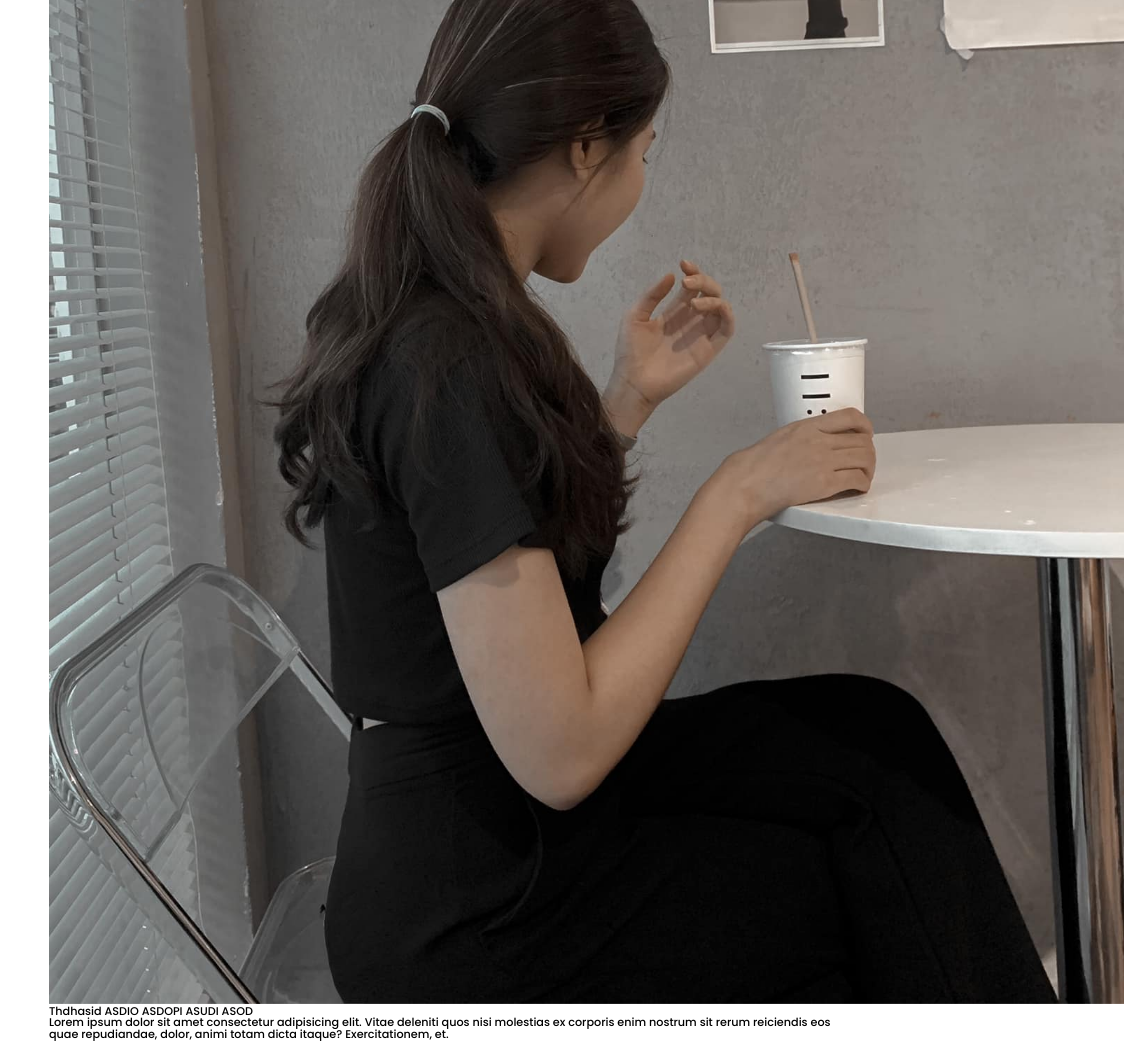
Repository: lausamtuong/Cut-psd-to-html
Page: index.html
An editor plug-in stored every save of this project. The page is shown before and after a run of saves, followed by the edit.
The browser window is 1280 px wide. The page is 1606 px wide, so the pictures cover 1606 px, including what lies to the right of the window. The pictures show the part of the page from y = 1813 to 3333 px (the page is 3301 px tall before and 3333 px after), at 70% of full size.
Some web libraries are served in a nearby version. The style sheet was rebuilt from its Sass, Less or Tailwind sources for each picture, by a compiler version that may differ from the author's.

Above is the page before, as saved 2021-12-07 08:25:07.

After the next 3 saves:
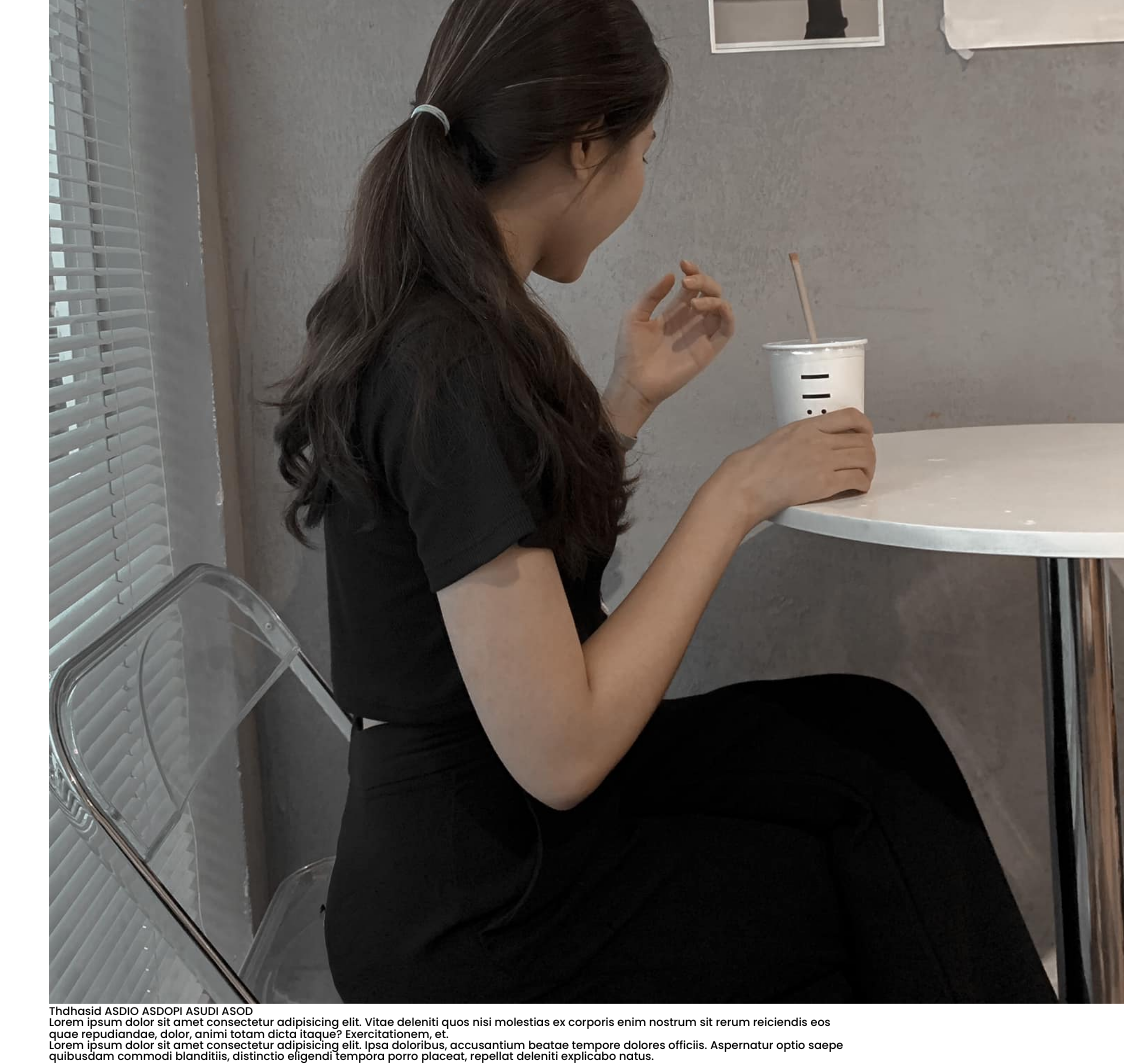
The 3 saves are shown as one change because they came seconds apart.
The last was saved 12 s later.
--- a/index.html
+++ b/index.html
@@ -70,7 +70,9 @@
                         <h3 class="fearture__title">Thdhasid ASDIO ASDOPI ASUDI ASOD</h3>
                         <p class="fearture__decs">Lorem ipsum dolor sit amet consectetur adipisicing elit. Vitae deleniti quos nisi molestias ex corporis enim nostrum sit rerum reiciendis eos quae repudiandae, dolor, animi totam dicta itaque? Exercitationem, et.</p>
                         <ul class="fearture-intro__list">
-                            <li class="fearture__item"></li>
+                            <li class="fearture__item">
+                                Lorem ipsum dolor sit amet consectetur adipisicing elit. Ipsa doloribus, accusantium beatae tempore dolores officiis. Aspernatur optio saepe quibusdam commodi blanditiis, distinctio eligendi tempora porro placeat, repellat deleniti explicabo natus.
+                            </li>
                         </ul>
                     </div>
                 </div>
